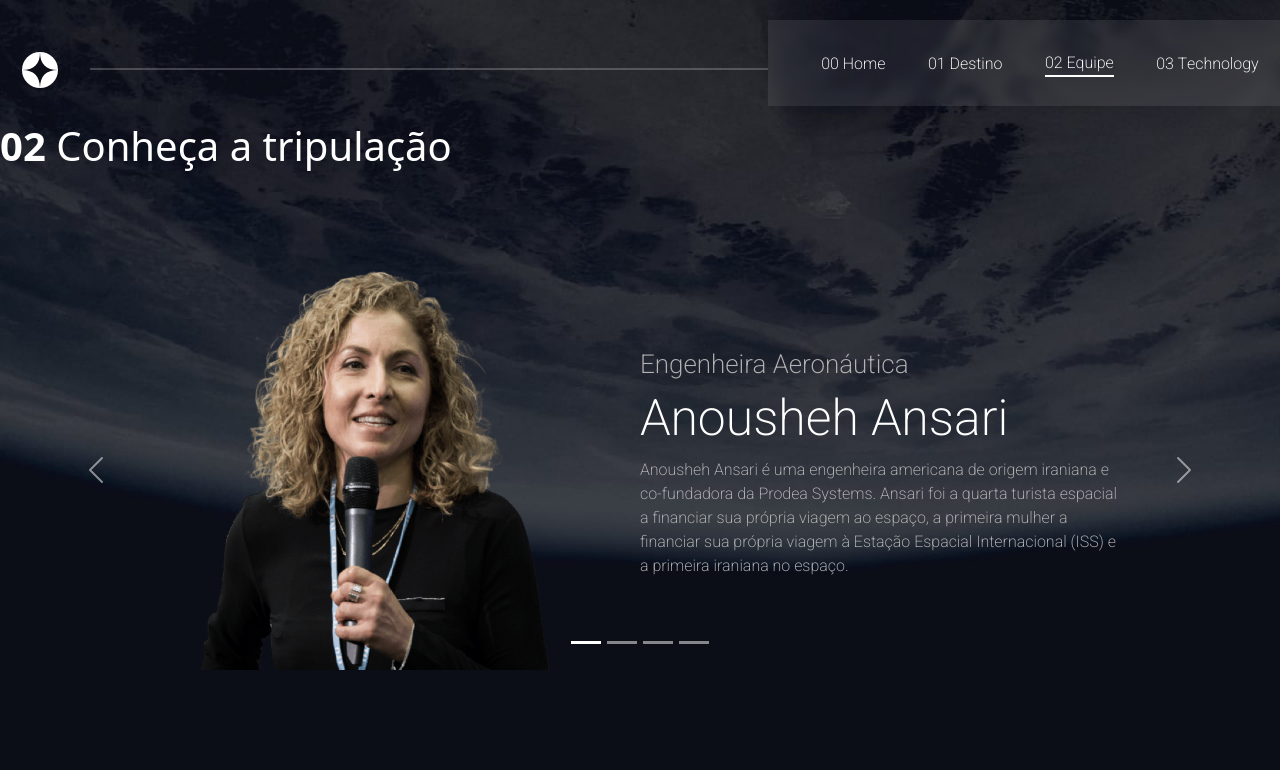
Repository: Leonngc/space-site
Page: crew-commander.html
These files come from the project's save history. The page is drawn as it stood at one moment and after the next save; the edit follows.
The browser window is 1280 px wide. The pictures show the whole page.
Some web libraries are served in a nearby version.

Above is the page before, as saved 2023-05-01 16:51:53.

After the next save:
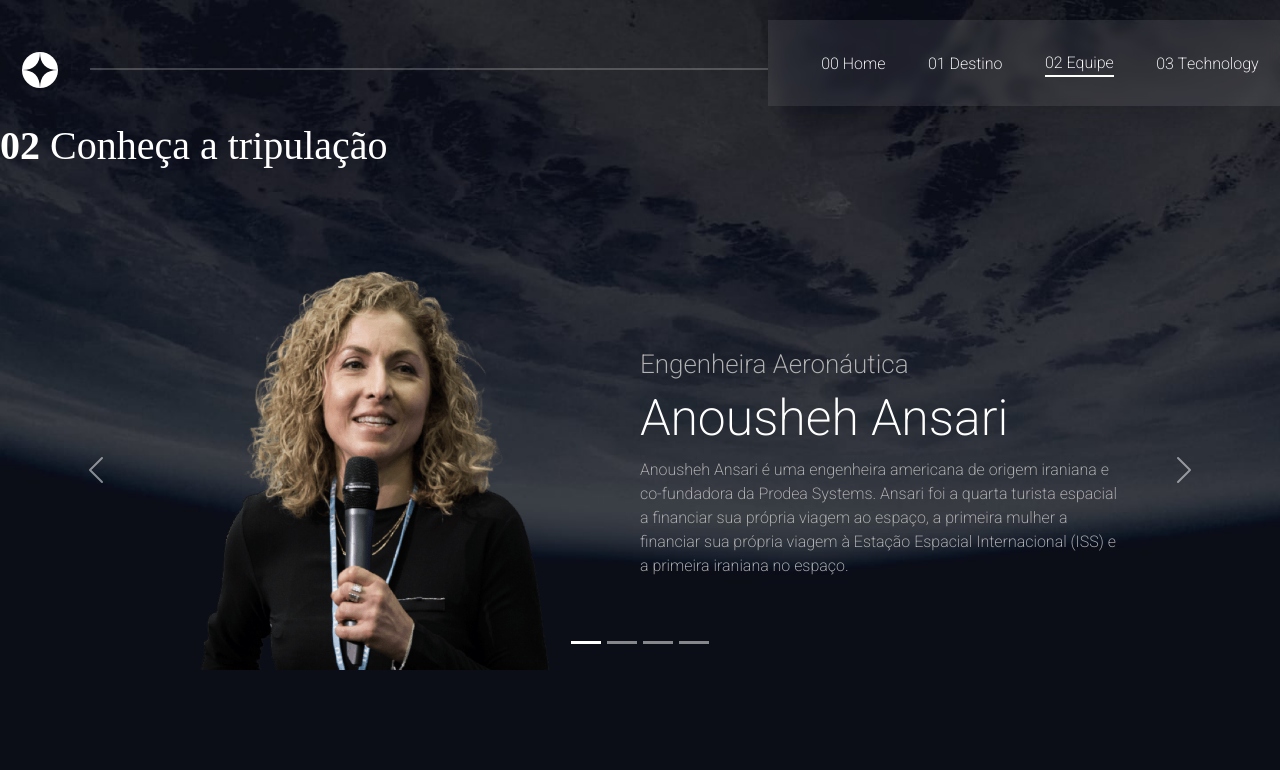
Saved 4 s later.
--- a/starter-code/styles/crew.css
+++ b/starter-code/styles/crew.css
@@ -22,7 +22,7 @@ body{
 
 h1{
     color: white !important;
-    font-family: ;
+    font-family: t;
 }
 
 
